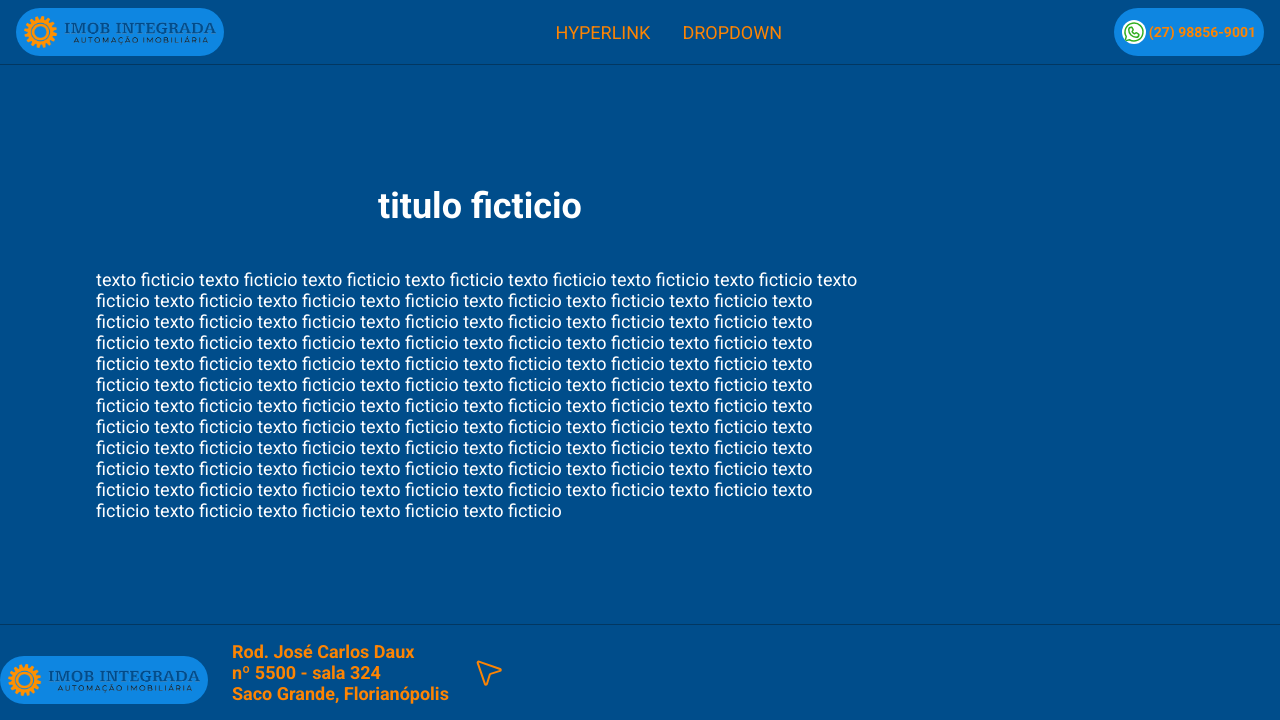
Repository: K0slov/testeAPI
Page: /
The author's editor kept a copy of each file at every save. The page is drawn from the files as they stood at one save, then again after the next save.
The browser window is 1280 px wide. The pictures show the whole page.
The project was rebuilt for these pictures with package versions that can differ from the ones it lists, and the page was loaded fresh each time. Also part of the build but not shown: vite.config.ts, src/components/SelectBar/styles.css, src/components/SelectBar/selectBar.tsx.

Above is the page before, as saved 2022-06-28 17:07:26.

### index.html
<!DOCTYPE html>
<html lang="en">
  <head>
    <meta charset="UTF-8" />
    <link rel="icon" type="image/svg+xml" href="/src/favicon.svg" />
    <meta name="viewport" content="width=device-width, initial-scale=1.0" />
    <link rel="preconnect" href="https://fonts.googleapis.com" />
    <link rel="preconnect" href="https://fonts.gstatic.com" crossorigin />
    <link href="https://fonts.googleapis.com/css2?family=Roboto:wght@400;500;700&display=swap" rel="stylesheet" />
    <title>Teste Imob</title>
  </head>
  <body>
    <div id="root"></div>
    <script type="module" src="/src/main.tsx"></script>
  </body>
</html>

### src/App.tsx
import { Footer } from "./components/Footer/footer"
import { Header } from "./components/Header/header"
import { Home } from "./pages/home"

function App() {
  return (
    <>
      <Header />
        <Home />
      <Footer />
    </>
  )
}

export default App

### src/styles/global.css
body {
  width: 100%;
  height: 100%;
  margin: 0;
  font-family: 'Roboto', sans-serif;
  font-size: 18px;
  -webkit-font-smoothing: antialiased;
  -moz-osx-font-smoothing: grayscale;
  background-color: #004d8b;
  color: white;
}
code {
  font-family: source-code-pro, Menlo, Monaco, Consolas, 'Courier New',
    monospace;
}

### src/components/Footer/footer.tsx
import './style.css'
import image from '../../assets/logoLaranja.png'
import { NavigationArrow } from 'phosphor-react'

export function Footer() {
    return (
        <footer>
            <img src={image} />
            <a className='adressLink' href='https://www.google.com/maps/dir/-20.165736,-40.2578957/imob+integrada/@-23.8194615,-49.2158798,6z/data=!3m1!4b1!4m9!4m8!1m1!4e1!1m5!1m1!1s0x9527473fa16aca85:0xaacb5a64ef59b145!2m2!1d-48.5090423!2d-27.5352896' target='_blank'>
                <div className='adress'>
                    <span>Rod. José Carlos Daux</span>
                    <span>nº 5500 - sala 324</span>
                    <span>Saco Grande, Florianópolis</span>
                </div>
                <NavigationArrow size={32} />
            </a>
        </footer>
    )
}

### src/components/Header/header.tsx
import './style.css'
import image from '../../assets/logoLaranja.png'
import { WhatsappLogo } from "phosphor-react";
import { useState } from 'react';
import { SelectBar } from '../SelectBar/selectBar';

export function Header() {
    const [navbar, setNavbar] = useState(false)
    const showSidebar = () => setNavbar(!navbar)

    return(
        <header className='header'>
            <img className='img' src={image} />

            <nav className="menu">
                <a className="menu-item" href="https://www.youtube.com/watch?v=FavUpD_IjVY&t=2s" target='_blank'>HYPERLINK</a>
                <a  onClick={showSidebar}><span className="menu-item"> DROPDOWN</span>
                <nav className={navbar ? 'nav-menu active' : 'nav-menu'}>
                    <ul className='nav-menu-items' onClick={showSidebar}>
                    {navbar && <SelectBar />}
                    </ul>
                </nav>
                </a>
            </nav>

            <a className="wppLink" href="https://wa.me/+5527988569001" target="_blank">
                <div className="wpp">
                    <WhatsappLogo className="icon" size={24} color="#34af23" />
                    <p className="number">(27) 98856-9001</p>
                </div>
            </a>
        </header>
    )
}

### src/pages/home.tsx
import { CardsGroup } from "../components/CardsGroup/cardsGroup";
import { Conteudo } from "../components/Conteudo/conteudo";

export function Home() {
    return(
        <>
            {/* <h1 style={{display: "flex", alignItems: "center", flexDirection: "column-reverse", color: "#fd8402", cursor: "default" }}> Teste de chamada de API </h1>
            <CardsGroup /> */}
            <Conteudo />
        </>
    )
}

### src/components/Footer/style.css
footer {
    width: 100%;
    padding: 1rem 0rem;
    background-color: #004d8b;
    display: flex;
    color: #fd8402;
    bottom: 0;
    align-items: self-end;
    justify-content: flex-start;
    border-top: 1px solid;
    border-color: #023761;
    position: fixed;
}
img {
    width: 12rem;
    height: 2rem;
    background: #0e86e1;
    border-radius: 5rem;
    padding: 0.5rem;
}
.adress {
    display: flex;
    flex-direction: column;
    margin: 0rem 1.5rem;
}
.adressLink {
    text-decoration: none;
    color: #fd8402;
    font-weight: bold;
    display: flex;
    align-items: center;
    justify-content: flex-start;
}

### src/components/Header/style.css
.header{
    padding: 0.5rem 1rem;
    background-color: #004d8b;
    display: flex;
    align-items: center;
    color: #fd8402;
    justify-content: space-between;
    border-bottom: 1px solid ;
    border-color: #023761;
}
.img{
    width: 12rem;
    height: 2rem;
    background: #0e86e1;
    border-radius: 5rem;
    padding: 0.5rem;
}
.wpp {
    width: auto;
    height: 2rem;
    display: flex;
    flex-direction: row;
    background: #0e86e1;
    border-radius: 5rem;
    padding: 0.5rem;
    align-items: center;
    justify-content: flex-start;
}
.number {
    margin-left: 0.2rem;
    font-size: 14px;
}
.wppLink {
    text-decoration: none;
    color: #fd8402;
    font-weight: bold;
}
.wppLink:hover {
    color: #0e86e1;
    transition-duration: 150ms;
}
.wpp:hover {
    background: #fd8402;
    transition-duration: 150ms;
}
.menu {
    display: flex;
    justify-content: space-between;
}

.menu-item {
    margin: 0rem 1rem;
    color: #fd8402;
    text-decoration: none;
    cursor: pointer;
}
.menu-item:hover {
    opacity: 40%;
}
.icon {
    background: white;
    border-radius: 50%;
}
.nav-menu-items {
    position: fixed;
    display: flex;
    margin: 0;
    transition-duration: 250ms;
}

### src/components/Conteudo/conteudo.tsx
import './style.css'

export function Conteudo() {
    return (
        <div className="caixa">
            <h1 className="titulo-da-caixa"> titulo ficticio </h1>
            <p className="texto-da-caixa"> texto ficticio texto ficticio texto ficticio texto ficticio texto ficticio texto ficticio texto ficticio texto ficticio texto ficticio texto ficticio texto ficticio texto ficticio texto ficticio texto ficticio texto ficticio texto ficticio texto ficticio texto ficticio texto ficticio texto ficticio texto ficticio texto ficticio texto ficticio texto ficticio texto ficticio texto ficticio texto ficticio texto ficticio texto ficticio texto ficticio texto ficticio texto ficticio texto ficticio texto ficticio texto ficticio texto ficticio texto ficticio texto ficticio texto ficticio texto ficticio texto ficticio texto ficticio texto ficticio texto ficticio texto ficticio texto ficticio texto ficticio texto ficticio texto ficticio texto ficticio texto ficticio texto ficticio texto ficticio texto ficticio texto ficticio texto ficticio texto ficticio texto ficticio texto ficticio texto ficticio texto ficticio texto ficticio texto ficticio texto ficticio texto ficticio texto ficticio texto ficticio texto ficticio texto ficticio texto ficticio texto ficticio texto ficticio texto ficticio texto ficticio texto ficticio texto ficticio texto ficticio texto ficticio texto ficticio texto ficticio texto ficticio texto ficticio </p>
        </div>
    )
}

### src/components/Conteudo/style.css
div.caixa {
    display: flex;
    flex-direction: column;
    justify-content: center;
    align-items: center;
    align-self: center;
    width: 60%;
    margin:6rem
}

Loaded but not shown: src/main.tsx (common file)

After the next save:
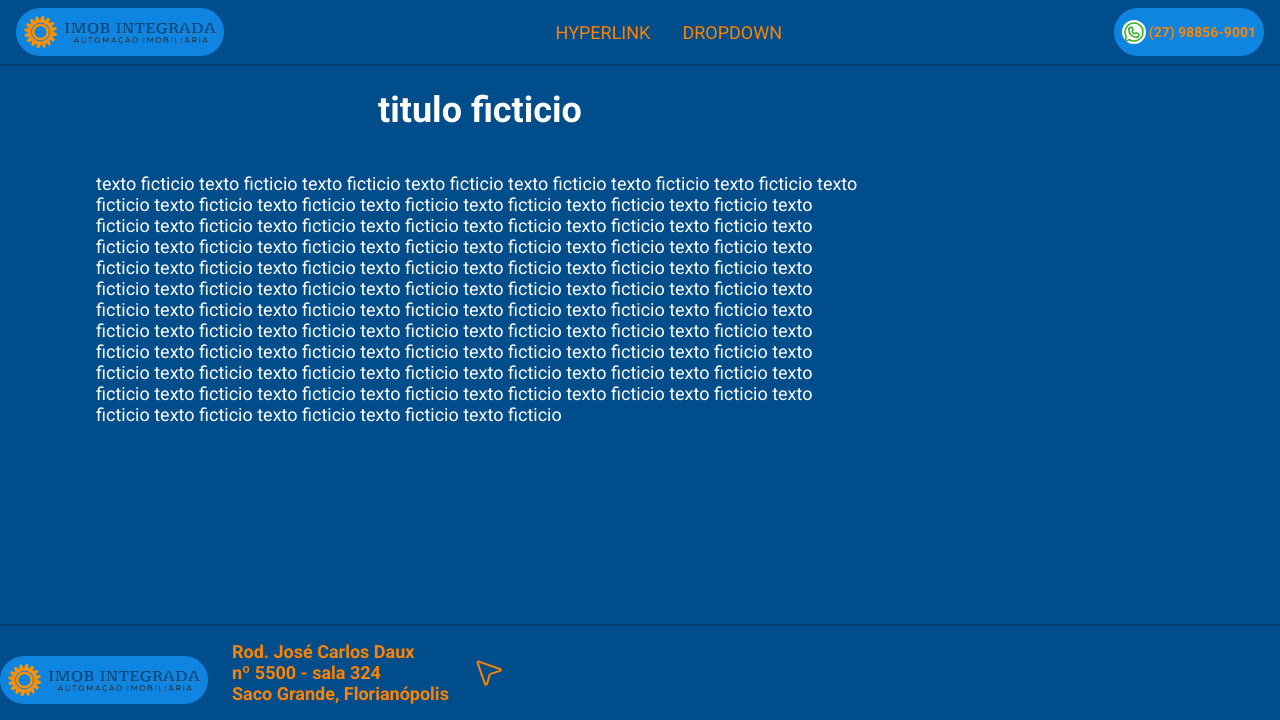
Saved 9 s later.
--- a/src/components/Conteudo/style.css
+++ b/src/components/Conteudo/style.css
@@ -5,5 +5,5 @@ div.caixa {
     align-items: center;
     align-self: center;
     width: 60%;
-    margin:6rem
+    margin-left:6rem
 }
